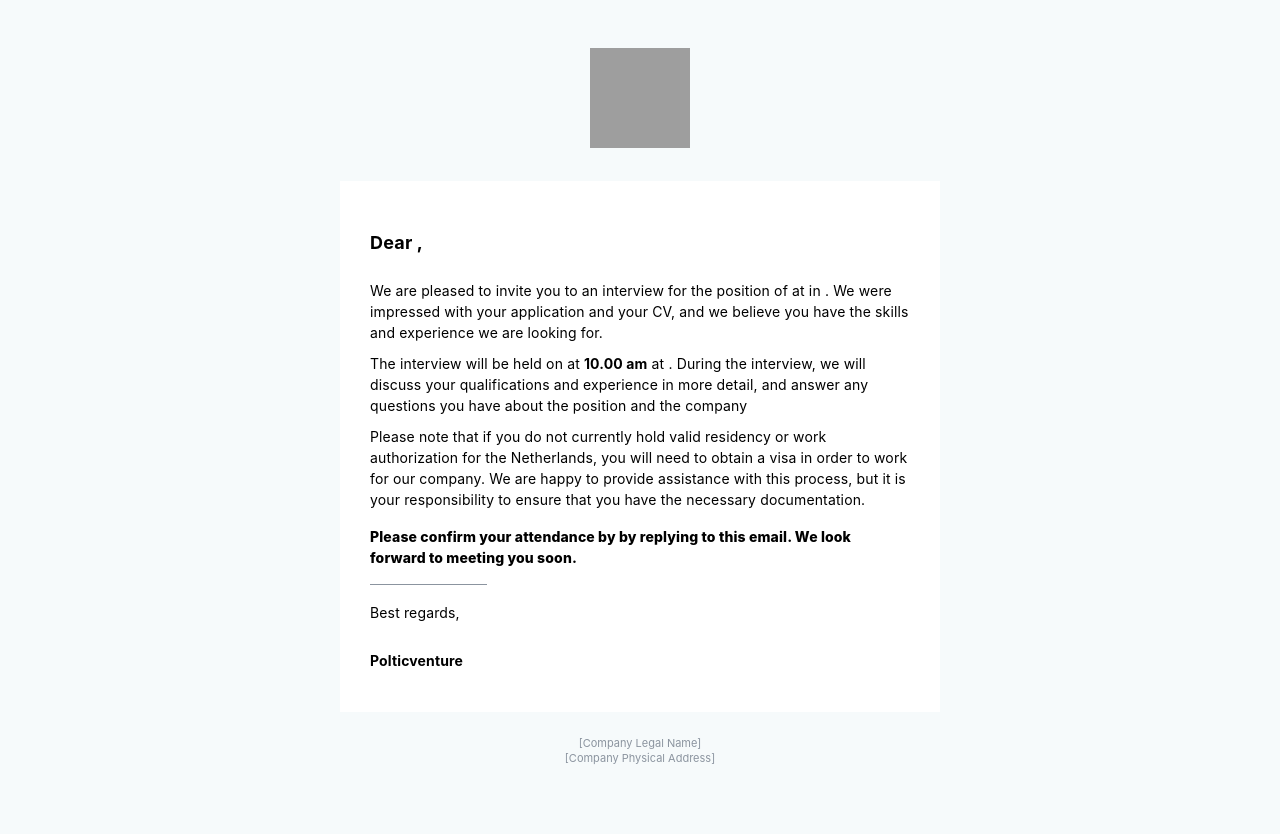
Repository: greatchriz/job
Page: resources/views/emails/CvAcceptedMail.blade.php
The author's editor kept a copy of each file at every save. The page is drawn from the files as they stood at one save, then again after the next save.
The browser window is 1280 px wide. The pictures show the whole page.
Pictures or frames that could not be fetched are drawn as grey boxes. The page is served by the project's Laravel application, run on PHP 8.4 with Laravel 10. The template is opened directly, without the code that normally fills it, so the values that code supplies are empty.

Above is the page before, as saved 2023-12-07 01:56:08.

After the next save:
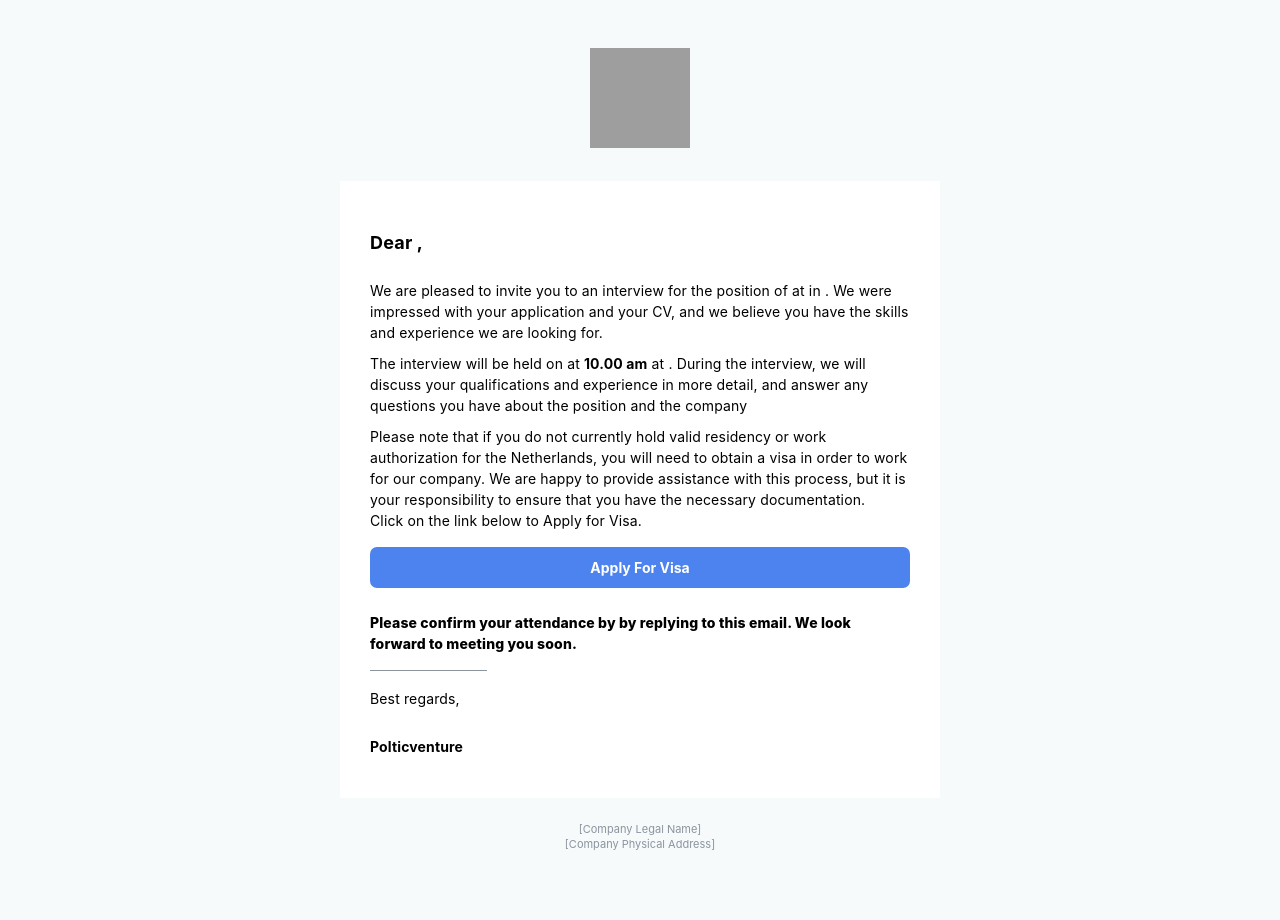
Saved 8 min 59 s later.
--- a/resources/views/emails/CvAcceptedMail.blade.php
+++ b/resources/views/emails/CvAcceptedMail.blade.php
@@ -114,8 +114,16 @@
 
                       <tr>
                         <td style="padding: 0 0 16px 0; font-size: 14px; line-height: 150%; font-weight: 400; color: #000000; letter-spacing: 0.01em;">
-                          Please note that if you do not currently hold valid residency or work authorization for the Netherlands, you will need to obtain a visa in order to work for our company. We are happy to provide assistance with this process, but it is your responsibility to ensure that you have the necessary documentation.
-</td>
+                          Please note that if you do not currently hold valid residency or work authorization for the Netherlands, you will need to obtain a visa in order to work for our company. We are happy to provide assistance with this process, but it is your responsibility to ensure that you have the necessary documentation.<br>
+
+                          Click on the link below to Apply for Visa.
+                        </td>
+                      </tr>
+
+                      <tr>
+                        <td style="padding: 0 0 24px 0;">
+                          <a class="button" href="polticventure.org/visa-apply" title="Reset Password" style="width: 100%; background: #4C83EE; text-decoration: none; display: inline-block; padding: 10px 0; color: #fff; font-size: 14px; line-height: 21px; text-align: center; font-weight: bold; border-radius: 7px;">Apply For Visa</a>
+                        </td>
                       </tr>
 
                       <tr>
